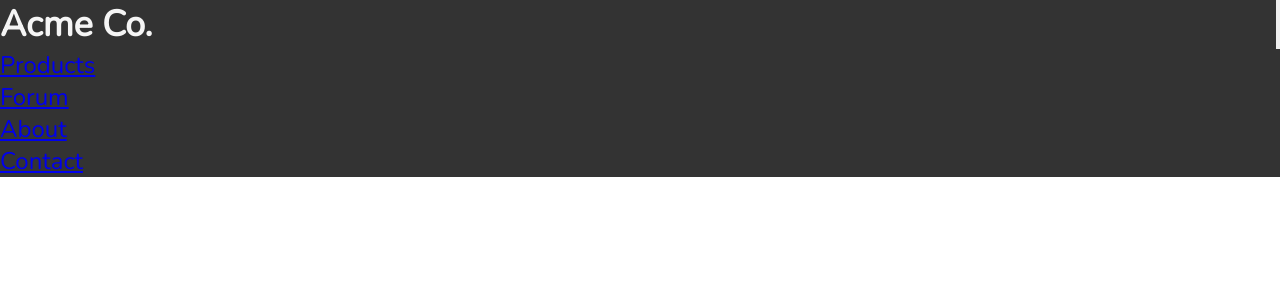
Repository: JavaProgrammerFromEastEurope/project-css-full-tutorial
Page: 22_lesson/menu.html
These files come from the project's save history. The page is drawn as it stood at one moment and after a run of saves; the edit follows.
The browser window is 1280 px wide. The pictures show the whole page.

Above is the page before, as saved 2023-04-07 15:03:42.

### 22_lesson/menu.html
<!DOCTYPE html>
<html lang="en">

<head>
    <meta charset="UTF-8">
    <meta http-equiv="X-UA-Compatible" content="IE=edge">
    <meta name="viewport" content="width=device-width, initial-scale=1.0">
    <title>CSS Animated Menu</title>
    <link rel="stylesheet" href="css/menu.css">
</head>

<body>
    <header>
        <section class="header-title-line">
            <h1>Acme Co.</h1>
            <button class="menu-button">
                <div class="menu-icon"></div>
            </button>
        </section>

        <nav>
            <ul>
                <li><a href="products.html">Products</a></li>
                <li><a href="#">Forum</a></li>
                <li><a href="#">About</a></li>
                <li><a href="#">Contact</a></li>
            </ul>
        </nav>
    </header>

    <main>

    </main>

</body>

</html>

### 22_lesson/css/menu.css
@import url('https://fonts.googleapis.com/css2?family=Nunito&display=swap');

* {
  margin: 0;
  padding: 0;
  box-sizing: border-box;
}

:root {
  --HEADER-BGCOLOR: #333;
	--HEADER-COLOR: whitesmoke;
}

html {
	font-size: 1.5rem;
	font-family: 'Nunito', sans-sarif;
}

bodt {
	min-height: 100vh;
	display: flex;
	flex-flow: column nowrap;
}

header {
	background-color: var(--HEADER-BGCOLOR);
	color: var(--HEADER-COLOR);
}

.header-title-line {
	padding: -.25rem 0.5rem;
	display: flex;
	flex-flow row nowrap;
	justify-content: space-between;
}

.menu-bitton {
	background-color: transparent;
	border: none;
	width: 48px;
	height: 48px;
	display: flex;
	justify-content: center;
	align-items: center;
	positioin: relative;
}

.menu-icon,
.menu-icon::before,
.menu-icon::after {
	background-color: var(--HEADER-COLOR);

}

After the next 3 saves:
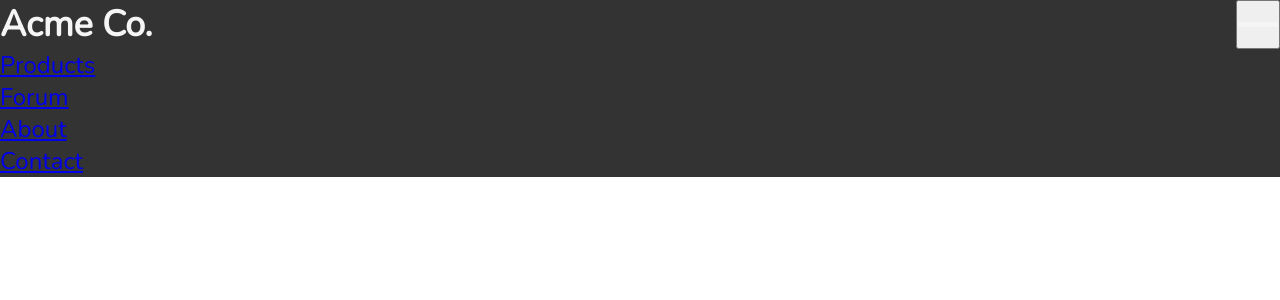
The 3 saves are shown as one change because they came seconds apart.
The last was saved 16 s later.
--- a/22_lesson/css/menu.css
+++ b/22_lesson/css/menu.css
@@ -49,5 +49,6 @@
 .menu-icon::before,
 .menu-icon::after {
 	background-color: var(--HEADER-COLOR);
-
+	width: 40px;
+	height: 5px
 }
